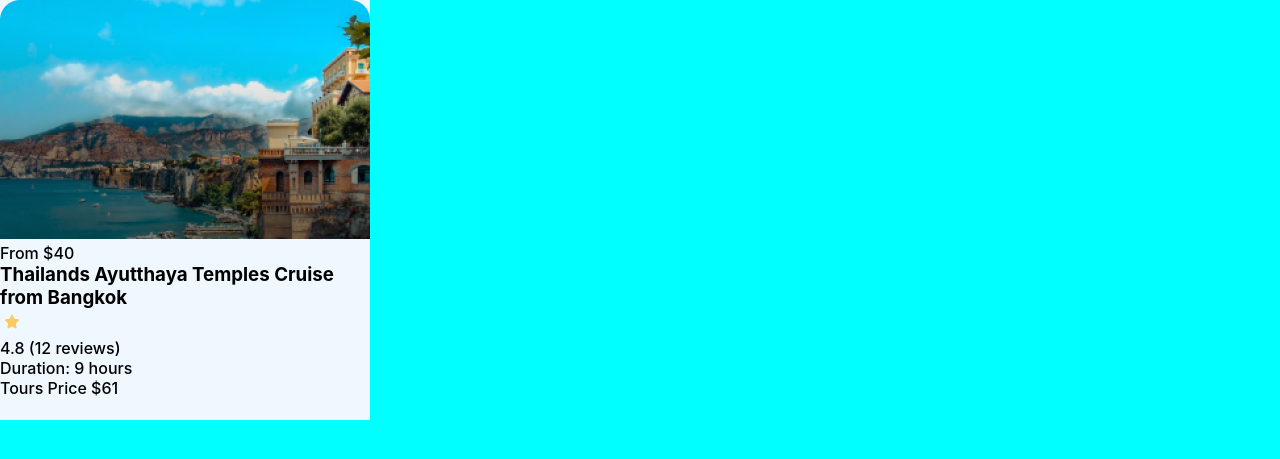
Repository: nguyentuankiet-k61/K_IT-demo
Page: index.html
The author's editor kept a copy of each file at every save. The page is drawn from the files as they stood at one save, then again after the next save.
The browser window is 1280 px wide. The pictures show the whole page.
Some web fonts or font styles are not loaded; a fallback is used.

Above is the page before, as saved 2022-09-29 15:04:17.

### index.html
<!DOCTYPE html>
<html lang="en">
<head>
    <meta charset="UTF-8">
    <meta http-equiv="X-UA-Compatible" content="IE=edge">
    <meta name="viewport" content="width=device-width, initial-scale=1.0">
    <title>HTML CSS Master</title>
    <link rel = "preconnect" href = "https://fonts.googleapis.com">
    <link rel = "preconnect" href = "https://fonts.gstatic.com" crossorigin>
    <link href = "https: //fonts.googleapis.com/css2? family = Inter: wght @ 500; 600 & display = swap "rel =" stylesheet ">
    <link rel="stylesheet" href="./CSS/app.css">
</head>
<body>
 <div class="Tours">
    <div class="Tours_top">
        <img src="./image/image1.png" alt="this is a image"/>
        <span class="Tours_price">From $40</span>
    </div>
    <div class="Tours_content">
        <div class="Tourrs_title">
            <h3>Thailands Ayutthaya Temples
                Cruise from Bangkok</h3>
        </div>
        <div class="Tours_ratting">
            <div class="Tours_star">
                <img src="./image/img-star.png" alt="this is image"/>
            </div>
            <div class="Tours_review">
                4.8 (12 reviews)
            </div>
            <div class="Tours_duration">Duration: 9 hours

            </div>
        </div>
        <div class="Tours_botton">Tours Price $61</div>
    </div>

 </div>
</body>
</html>

### CSS/app.css
*{
    margin: 0;
    padding: 0;
    box-sizing: border-box;
}
body{
    background-color: aqua;
    font-family: 'Inter', sans-serif;
    font-weight: 500;

}
.Tours{
    width: 370px;
    height: 420px;
    background-color: aliceblue;
}
.Tours_content{

}

After the next save:
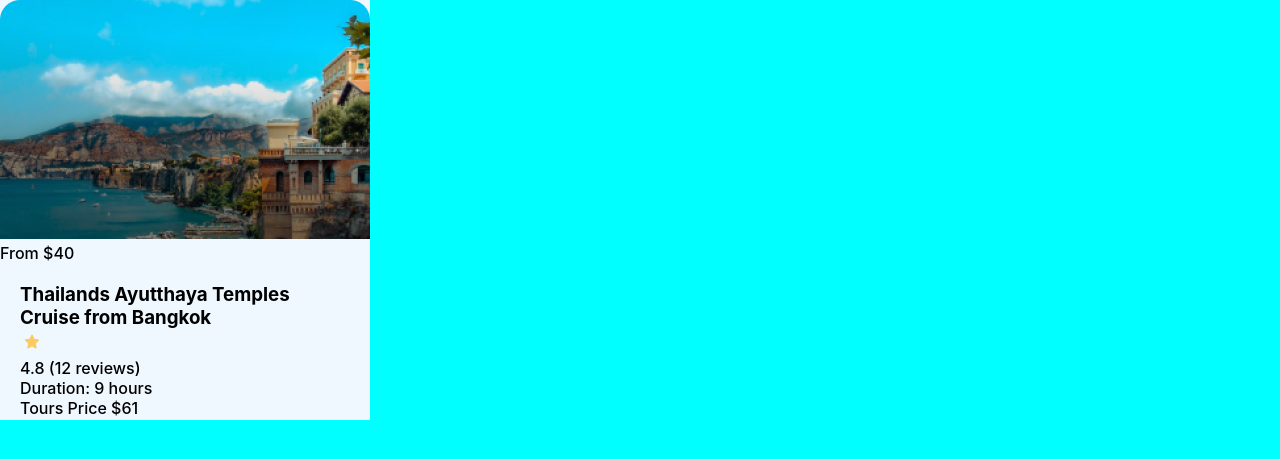
Saved 37 s later.
--- a/CSS/app.css
+++ b/CSS/app.css
@@ -15,5 +15,5 @@ body{
     background-color: aliceblue;
 }
 .Tours_content{
-
+   padding: 20px 20px 14px 20px;
 }
